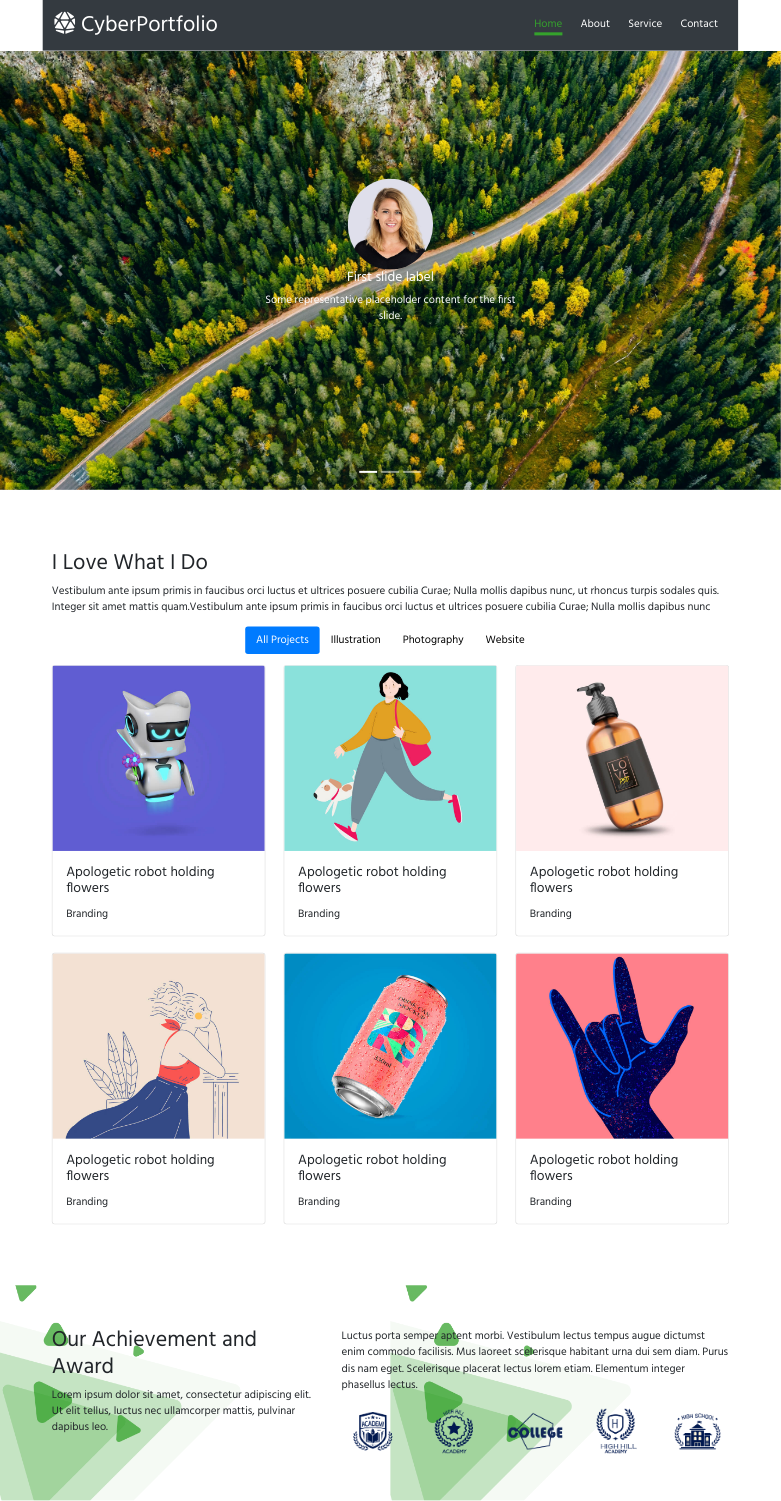
Repository: thanhfrankie/portfolio
Page: index.html
The author's editor kept a copy of each file at every save. The page is drawn from the files as they stood at one save, then again after a run of saves.
The browser window is 1280 px wide. The pictures show the whole page, at 61% of full size.

Above is the page before, as saved 2023-11-30 10:45:48.

### index.html
<!DOCTYPE html>
<html lang="en">
  <head>
    <meta charset="UTF-8" />
    <meta name="viewport" content="width=device-width, initial-scale=1.0" />
    <title>Portfolio</title>
    <!-- Font Hind-->
    <link rel="preconnect" href="https://fonts.googleapis.com" />
    <link rel="preconnect" href="https://fonts.gstatic.com" crossorigin />
    <link
      href="https://fonts.googleapis.com/css2?family=Hind:wght@300;400;700&display=swap"
      rel="stylesheet"
    />
    <!-- Font AWESOME -->
    <link rel="stylesheet" href="https://cdnjs.cloudflare.com/ajax/libs/font-awesome/6.4.2/css/all.min.css" integrity="sha512-z3gLpd7yknf1YoNbCzqRKc4qyor8gaKU1qmn+CShxbuBusANI9QpRohGBreCFkKxLhei6S9CQXFEbbKuqLg0DA==" crossorigin="anonymous" referrerpolicy="no-referrer" />
    <!-- BS4 CSS -->
    <link rel="stylesheet" href="https://cdn.jsdelivr.net/npm/bootstrap@4.6.2/dist/css/bootstrap.min.css" integrity="sha384-xOolHFLEh07PJGoPkLv1IbcEPTNtaed2xpHsD9ESMhqIYd0nLMwNLD69Npy4HI+N" crossorigin="anonymous">

    <!-- Main CSS -->
    <link rel="stylesheet" href="./css/style.css" />
  </head>
  <body>
<header>
    <nav class="container navbar navbar-expand-lg navbar-dark bg-dark">
        <a class="navbar-brand" href="#">
            <i class="fa-solid fa-dice-d20"></i>
           <span>
            CyberPortfolio
           </span>
        </a>
        <!-- hỗ trợ menu màn hình mobile -->
        <button class="navbar-toggler" type="button" data-toggle="collapse" data-target="#portfolioNav" aria-controls="navbarSupportedContent" aria-expanded="false" aria-label="Toggle navigation">
          <span class="navbar-toggler-icon"></span>
        </button>

        <div class="collapse navbar-collapse" id="portfolioNav">
          <ul class="navbar-nav ml-auto">
            <li class="nav-item active">
              <a class="nav-link" href="#">Home</a>
            </li>
            <li class="nav-item">
              <a class="nav-link" href="#">About</a>
            </li>
            <li class="nav-item">
              <a class="nav-link" href="#">Service</a>
            </li>
            <li class="nav-item">
              <a class="nav-link" href="#">Contact</a>
            </li>
          </ul>
        </div>
      </nav>
</header>
<section class="carouselPort">
    <!-- data-ride="carousel -->
    <!-- .carousel-fade: hiệu ứng fade -->
    <div id="carouselPortMain" class="carousel slide .carousel-fade">
        <ol class="carousel-indicators">
          <li data-target="#carouselPortMain" data-slide-to="0" class="active"></li>
          <li data-target="#carouselPortMain" data-slide-to="1"></li>
          <li data-target="#carouselPortMain" data-slide-to="2"></li>
        </ol>
        <div class="carousel-inner">
          <div class="carousel-item active">
            <img src="./img/finland.jpg" class="d-block w-100" alt="...">
            <div class="carousel-caption d-none d-md-block">
                <img src="./img/01-3.jpg" alt="">
              <h5>First slide label</h5>
              <p>Some representative placeholder content for the first slide.</p>
            </div>
          </div>
          <div class="carousel-item">
            <img src="./img/mountains.jpg" class="d-block w-100" alt="...">
            <div class="carousel-caption d-none d-md-block">
                <img src="./img/02-3.jpg" alt="">
              <h5>Second slide label</h5>
              <p>Some representative placeholder content for the second slide.</p>
            </div>
          </div>
          <div class="carousel-item">
            <img src="./img/mountains-1.jpg" class="d-block w-100" alt="...">
            <div class="carousel-caption d-none d-md-block">
                <img src="./img/03-3.jpg" alt="">
              <h5>Third slide label</h5>
              <p>Some representative placeholder content for the third slide.</p>
            </div>
          </div>
        </div>
        <button class="carousel-control-prev" type="button" data-target="#carouselPortMain" data-slide="prev">
          <span class="carousel-control-prev-icon" aria-hidden="true"></span>
          <span class="sr-only">Previous</span>
        </button>
        <button class="carousel-control-next" type="button" data-target="#carouselPortMain" data-slide="next">
          <span class="carousel-control-next-icon" aria-hidden="true"></span>
          <span class="sr-only">Next</span>
        </button>
      </div>
</section>



<section class="projects">
      <div class="container">
        <div class="projects__title">
          <h2>I Love What I Do</h2>
          <p>Vestibulum ante ipsum primis in faucibus orci luctus et ultrices posuere cubilia Curae; Nulla mollis dapibus nunc, ut rhoncus turpis sodales quis. Integer sit amet mattis quam.Vestibulum ante ipsum primis in faucibus orci luctus et ultrices posuere cubilia Curae; Nulla mollis dapibus nunc</p>
        </div>
        <div class="projects__content">
          <ul class="nav nav-pills mb-3 justify-content-center" id="pills-tab" role="tablist">
            <li class="nav-item" role="presentation">
              <button class="nav-link active" id="pills-home-tab" data-toggle="pill" data-target="#all" type="button" role="tab" aria-controls="pills-home" aria-selected="true">All Projects</button>
            </li>
            <li class="nav-item" role="presentation">
              <button class="nav-link" id="pills-profile-tab" data-toggle="pill" data-target="#ilu" type="button" role="tab" aria-controls="pills-profile" aria-selected="false">Illustration</button>
            </li>
            <li class="nav-item" role="presentation">
              <button class="nav-link" id="pills-contact-tab" data-toggle="pill" data-target="#photo" type="button" role="tab" aria-controls="pills-contact" aria-selected="false">Photography</button>
            </li>
            <li class="nav-item" role="presentation">
              <button class="nav-link" id="pills-contact-tab" data-toggle="pill" data-target="#web" type="button" role="tab" aria-controls="pills-contact" aria-selected="false">Website</button>
            </li>
          </ul>
          <div class="tab-content" id="pills-tabContent">
            <div class="tab-pane fade show active" id="all" role="tabpanel" aria-labelledby="pills-home-tab">
             <!--? grid system
              12 =100%
              4= 12 / 3 => 100% / 3 => 33,33%
              tổng chỉ số trên hàng = 12
            -->
             <div class="row">
              <!-- 1 hàng tối đa 100% -->
              <div class="col-4">
                <div class="card">
                  <img src="./img/g1.jpg" class="card-img-top" alt="...">
                  <div class="card-body">
                    <h5 class="card-title">Apologetic robot holding flowers</h5>
                    <p class="card-text">Branding</p>
                  </div>
                </div>
              </div>
              <div class="col-4">
                <div class="card">
                  <img src="./img/g2.jpg" class="card-img-top" alt="...">
                  <div class="card-body">
                    <h5 class="card-title">Apologetic robot holding flowers</h5>
                    <p class="card-text">Branding</p>
                  </div>
                </div>

              </div>
              <div class="col-4">

                <div class="card">
                  <img src="./img/g3.jpg" class="card-img-top" alt="...">
                  <div class="card-body">
                    <h5 class="card-title">Apologetic robot holding flowers</h5>
                    <p class="card-text">Branding</p>
                  </div>
                </div>
              </div>

              <!-- cột dư sẽ được đẩy xuống hàng 2 -->
              <div class="col-4 mt-4">
                <div class="card">
                  <img src="./img/g4.jpg" class="card-img-top" alt="...">
                  <div class="card-body">
                    <h5 class="card-title">Apologetic robot holding flowers</h5>
                    <p class="card-text">Branding</p>
                  </div>
                </div>
              </div>
              <div class="col-4 mt-4">
                <div class="card">
                  <img src="./img/g5.jpg" class="card-img-top" alt="...">
                  <div class="card-body">
                    <h5 class="card-title">Apologetic robot holding flowers</h5>
                    <p class="card-text">Branding</p>
                  </div>
                </div>

              </div>
              <div class="col-4 mt-4">

                <div class="card">
                  <img src="./img/g6.jpg" class="card-img-top" alt="...">
                  <div class="card-body">
                    <h5 class="card-title">Apologetic robot holding flowers</h5>
                    <p class="card-text">Branding</p>
                  </div>
                </div>
              </div>
             </div>
             <!--! Cách 1: -->
             <!-- <div class="row">
              <div class="col-4">
                <div class="card">
                  <img src="./img/g1.jpg" class="card-img-top" alt="...">
                  <div class="card-body">
                    <h5 class="card-title">Apologetic robot holding flowers</h5>
                    <p class="card-text">Branding</p>
                  </div>
                </div>
              </div>
              <div class="col-4">
                <div class="card">
                  <img src="./img/g2.jpg" class="card-img-top" alt="...">
                  <div class="card-body">
                    <h5 class="card-title">Apologetic robot holding flowers</h5>
                    <p class="card-text">Branding</p>
                  </div>
                </div>

              </div>
              <div class="col-4">

                <div class="card">
                  <img src="./img/g3.jpg" class="card-img-top" alt="...">
                  <div class="card-body">
                    <h5 class="card-title">Apologetic robot holding flowers</h5>
                    <p class="card-text">Branding</p>
                  </div>
                </div>
              </div>
             </div> -->


            </div>
            <div class="tab-pane fade" id="ilu" role="tabpanel" aria-labelledby="pills-profile-tab">Illustration</div>
            <div class="tab-pane fade" id="photo" role="tabpanel" aria-labelledby="pills-contact-tab">Photography</div>
            <div class="tab-pane fade" id="web" role="tabpanel" aria-labelledby="pills-contact-tab">Website</div>
          </div>
          </div>

        </div>
      </div>
</section>
<section class="services"></section>
<section class="awards">
  <div class="container">
    <!-- row lớn -->
    <div class="row">
      <div class="col-5">
        <div class="awards__left">
          <h2>Our Achievement and Award</h2>
          <p>Lorem ipsum dolor sit amet, consectetur adipiscing elit. Ut elit tellus, luctus nec ullamcorper mattis, pulvinar dapibus leo.</p>
        </div>
      </div>
      <div class="col-7">
        <div class="awards__right">
          <p>Luctus porta semper aptent morbi. Vestibulum lectus tempus augue dictumst enim commodo facilisis. Mus laoreet scelerisque habitant urna dui sem diam. Purus dis nam eget. Scelerisque placerat lectus lorem etiam. Elementum integer phasellus lectus.</p>
          <!-- row nhỏ
            5 col => 12 / 5 ko chia hết
            col ko có chỉ số (tự chia)
          Bootstrap tự đếm col => 100% / số lượng (5 col) => 20%
          -->
          <div class="row">
            <div class="col">
              <!-- chỉnh hình vừa thẻ chả => width: 100%
              img-fluid: responsive hình
              max-width: 100% => nếu hình lớn => chỉnh width vừa thẻ cha
              Ngược lại, hình nhỏ thì ko đổi kích thước
              -->
              <img class="img-fluid" src="./img/award-1.png" alt="">
            </div>
            <div class="col">
              <img class="img-fluid" src="./img/award-2.png" alt="">
            </div>
            <div class="col">
              <img class="img-fluid" src="./img/award-3.png" alt="">
            </div>
            <div class="col">
              <img class="img-fluid" src="./img/award-4.png" alt="">
            </div>
            <div class="col">
              <img class="img-fluid" src="./img/award-5.png" alt="">
            </div>
          </div>
        </div>
      </div>
    </div>
  </div>
</section>
<footer></footer>


<!-- JQUERY hỗ trợ -->
    <script src="https://cdn.jsdelivr.net/npm/jquery@3.5.1/dist/jquery.slim.min.js" integrity="sha384-DfXdz2htPH0lsSSs5nCTpuj/zy4C+OGpamoFVy38MVBnE+IbbVYUew+OrCXaRkfj" crossorigin="anonymous"></script>
    <!-- BS4 JS -->
<script src="https://cdn.jsdelivr.net/npm/bootstrap@4.6.2/dist/js/bootstrap.bundle.min.js" integrity="sha384-Fy6S3B9q64WdZWQUiU+q4/2Lc9npb8tCaSX9FK7E8HnRr0Jz8D6OP9dO5Vg3Q9ct" crossorigin="anonymous"></script>

  </body>
</html>

### css/style.css
/* Global */
*{
    margin: 0;
    padding: 0;
    box-sizing: border-box;
}
html, body {
    font-family: 'Hind', sans-serif;
    /*? rem: dựa vào font-size của thẻ html => hỗ trợ cho bảo trì trang web
    font-size, spacing(padding, margin)
    nếu ko khai báo thì font-size mặc định 1rem = 16px
    1rem = 18px
    */
    font-size: 18px;
}
/* Header */
header .navbar-brand {
    /* 1rem = 18px => 2rem = 36px*/
    font-size: 2rem;
}
#portfolioNav .nav-link {
    font-size: 1rem;
    padding: 0 0.833rem;
    /*! trước hover */
    color: white;
    transition: all .5s;
}
#portfolioNav .nav-link::after {
    content: "";
    display: block;
    /* trước hover */
    width: 0;
    height: 5px;

    background: #35a22c;
    transition: all .5s;
}
/*! sau hover */
#portfolioNav .nav-item:hover .nav-link::after {
    width: 100%;
}
#portfolioNav .nav-item:hover .nav-link {
    color: #35a22c;

}
/* Thẻ li có class active thì after của nó luôn xuất hiện */
/* #portfolioNav  li.active .nav-link::after{
    width: 100%;
} */
#portfolioNav  .active .nav-link::after{
    width: 100%;
}
#portfolioNav  .active .nav-link {
    color: #35a22c;

}
/* Carousel */
/* Gọi các thẻ img là con trực tiếp (cấp 1) của carousel-item */
#carouselPortMain .carousel-item >img {
    /* thường dùng ở Main carousel */
    height: 100vh;
    object-fit: cover;
}
#carouselPortMain .carousel-caption img {
    /* hình có dạng hình vuông thì chỉ cần xét width */
    width: 140px;
    border-radius: 50%;
}
/* chỉnh đường gạch indicators thì chuyển chữ nhật => hình vuông => tròn */

/*! căn giữa với position absolute cho mọi màn hình */
#carouselPortMain .carousel-caption {
    top: 50%;
    left: 50%;
    transform: translate(-50%, -50%);
}
/* PROJECTS */
.projects {
    padding: 100px 0;
}
/* Awards */
.awards {
    padding: 70px 0;
    background-image: url(../img/memphis_3.png);
    background-size: 50%;
    background-position: left bottom;
    /* nếu nền có size nhỏ hơn thẻ cha => tự động lặp lại ảnh để phủ hết thẻ cha */
    back
}

After the next 2 saves:
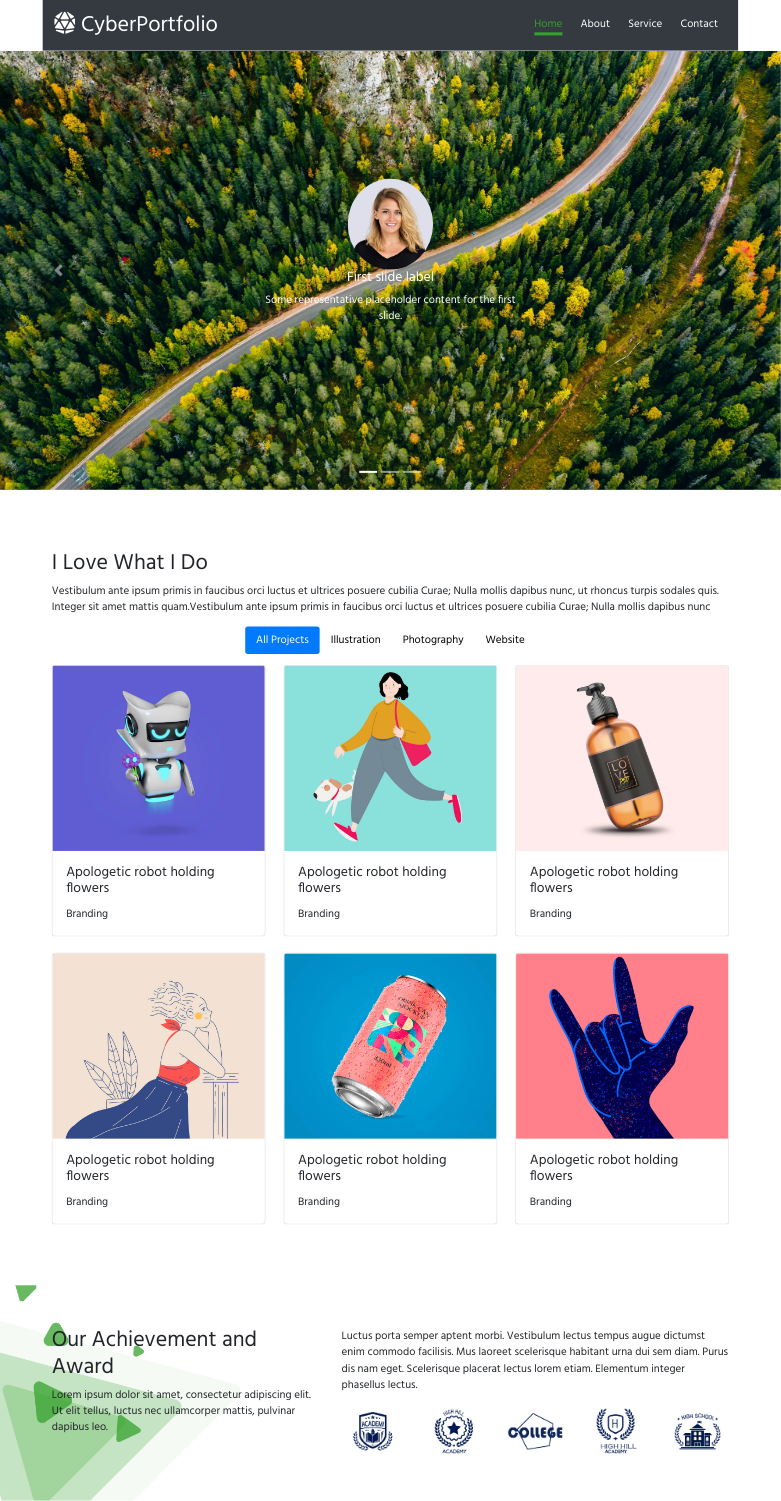
The 2 saves are shown as one change because they came seconds apart.
The last was saved 7 s later.
--- a/css/style.css
+++ b/css/style.css
@@ -85,5 +85,5 @@ header .navbar-brand {
     background-size: 50%;
     background-position: left bottom;
     /* nếu nền có size nhỏ hơn thẻ cha => tự động lặp lại ảnh để phủ hết thẻ cha */
-    back
+    background-repeat: no-repeat;
 }
